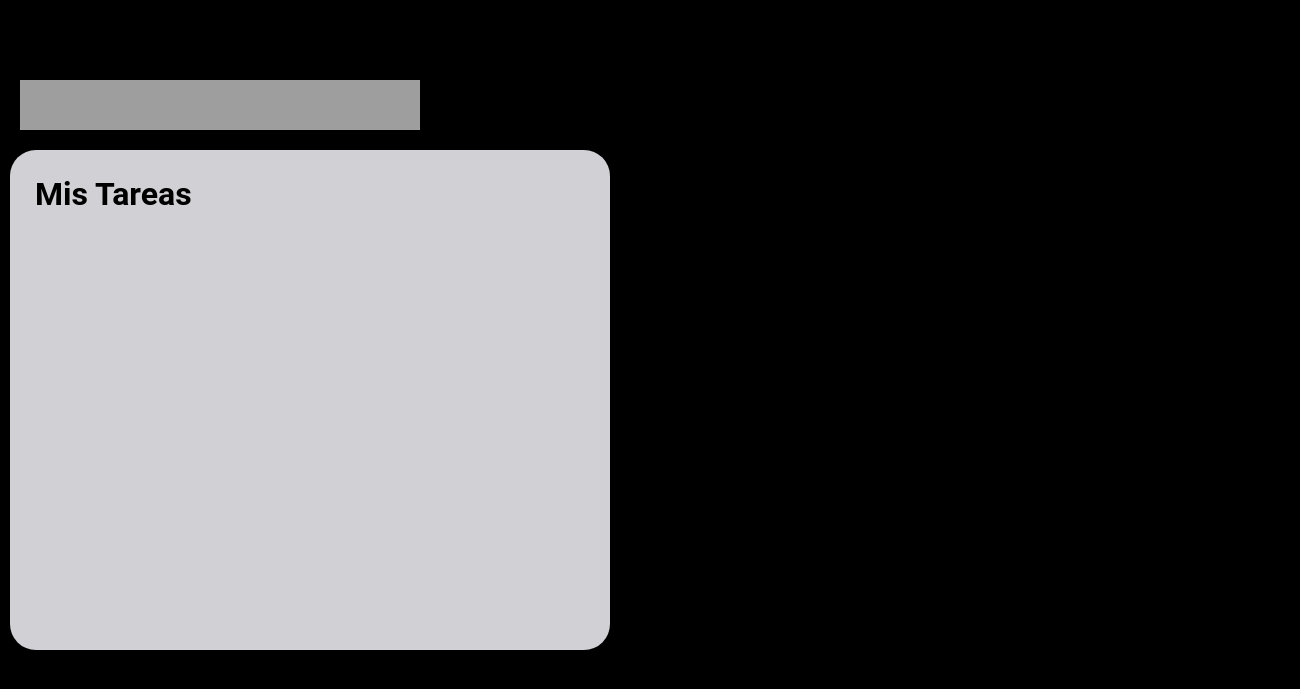
Repository: geraldine-ventura/Aplicacion-Agregar-eleiminar-Tarea
Page: /
These files come from the project's save history. The page is drawn as it stood at one moment and after the next save; the edit follows.
The browser window is 1280 px wide. The page is 1300 px wide, so the pictures cover 1300 px, including what lies to the right of the window. The pictures show the whole page.
Pictures or frames that could not be fetched are drawn as grey boxes. The project was rebuilt for these pictures with package versions that can differ from the ones it lists, and the page was loaded fresh each time.

Above is the page before, as saved 2022-12-07 11:54:15.

### src/App.js
import './App.css';
import freeCodeCampLogo from "./imagenes/freecodecamp-logo.png";

function App() {
  return (
    <div className="Aplicacion-tareas">
      <div className="freecodecamp-logo-contenedor">
        <img
         src={freeCodeCampLogo}
         className="freecodecamp-logo"
         alt='logo'
         />
      </div>
      <div className='tareas-lista-principal'>
        <h1>Mis Tareas</h1>
      </div>
    </div>
  );
}

export default App;

### src/App.css
*{
    margin: 0;
    padding:0 ;
    box-sizing: border-box;

}

html,
body{
    color:beige;
    background-color: black;
    font-family: lato,sans-serif;
    margin-top: 40px;

}
h1{
    color: black;
    font-size:25 px;
    font-family: roboto,sans-serif;
    justify-items: center;
}
.aplicacion-tarea{
    display: flex;
    flex-wrap: wrap;
    justify-content: center;
    align-items:center ;
}
.freecodecamp-logo-contenedor{
    width: 100%;
    margin: 20px;
    display: flex;
    align-items: center;
}
.freecodecamp-logo {
    width: 400px;
    height: 50px;
}
.tareas-lista-principal{
    width: 600px;
    min-height: 500px;
    background-color: #d0d0d5;
    padding:25px ;
    margin: 10px;
    border-radius: 26px;
}

Loaded but not shown: public/index.html (common file); src/index.js (common file); src/index.css (common file)

After the next save:
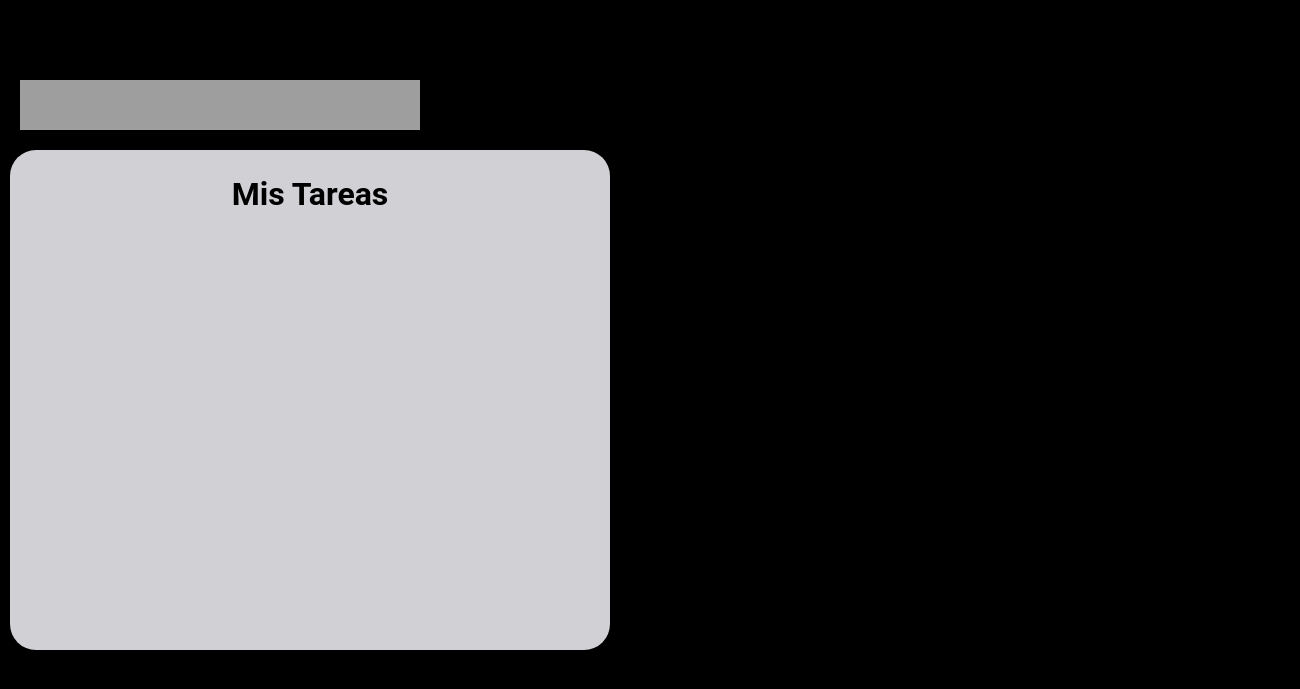
Saved 35 s later.
--- a/src/App.css
+++ b/src/App.css
@@ -17,7 +17,8 @@
     color: black;
     font-size:25 px;
     font-family: roboto,sans-serif;
-    justify-items: center;
+    text-align: center;
+    margin: 20px opx;
 }
 .aplicacion-tarea{
     display: flex;
